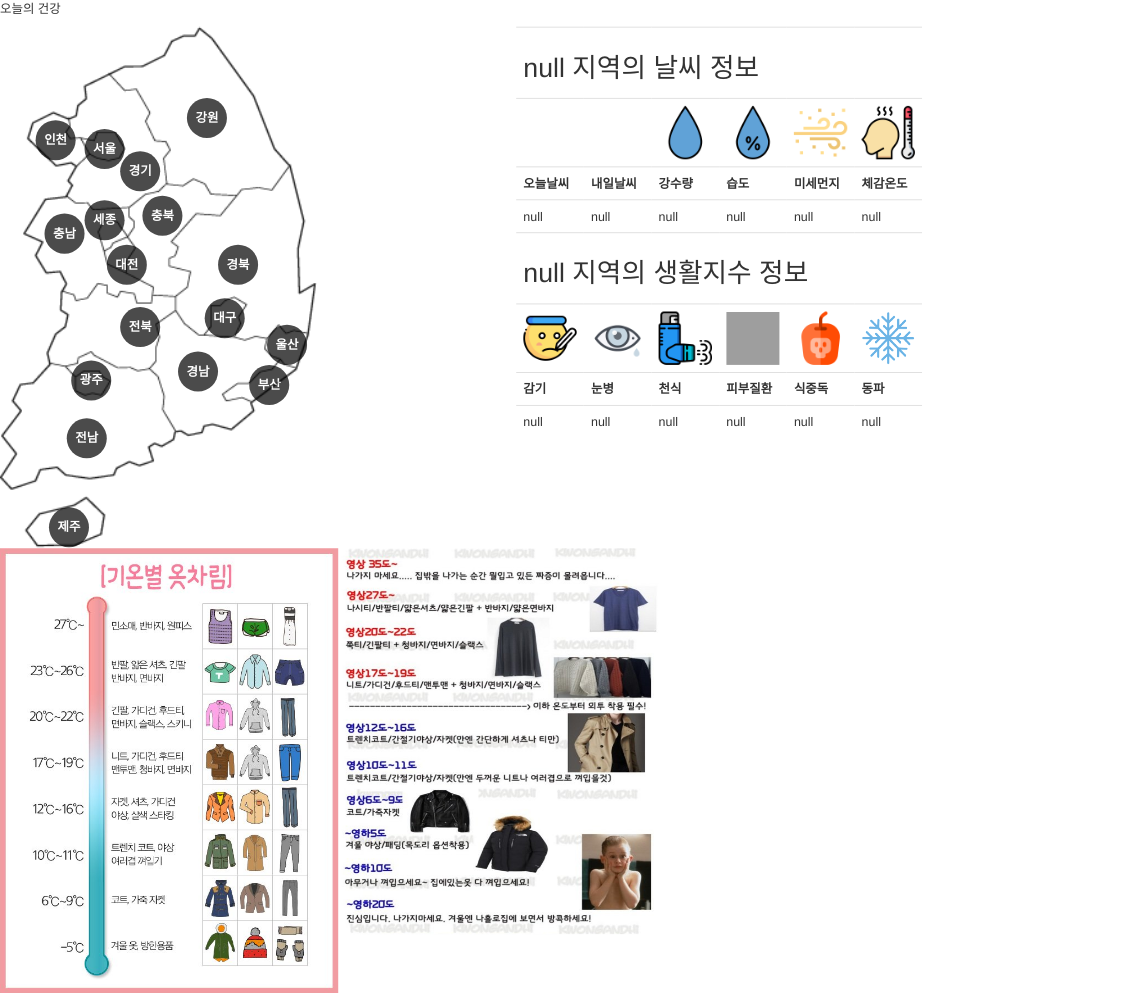
Repository: seeunOh/Webproject2018_StrongHealth
Page: http://localhost/StrongHealth/Map.jsp
These files come from the project's save history. The page is drawn as it stood at one moment and after the next save; the edit follows.
The browser window is 1280 px wide. The pictures show the whole page, at 89% of full size.
Pictures or frames that could not be fetched are drawn as grey boxes. The page is served by Tomcat 9. Other server files are loaded and not shown. Queries for data that is not in the repository find no rows.

Above is the page before, as saved 2018-12-16 05:10:56.
Console error (its wording comes from the project's code and is left out).

### StrongHealth/WebContent/Map.jsp
<%@page import="javabean.Access_DB"%>
<%@page import="javabean.Weather"%>
<%@page import="java.util.ArrayList"%>
<%@ page language="java" contentType="text/html; charset=UTF-8"
	pageEncoding="UTF-8"%>
<!DOCTYPE html>
<html>
<head>
<meta charset="UTF-8">
<title>Insert title here</title>
<title>Insert title here</title>
<link rel="stylesheet" href="https://maxcdn.bootstrapcdn.com/bootstrap/3.3.2/css/bootstrap.min.css">
<!-- 부가적인 테마 -->
<link rel="stylesheet" href="https://maxcdn.bootstrapcdn.com/bootstrap/3.3.2/css/bootstrap-theme.min.css">
<!-- 합쳐지고 최소화된 최신 자바스크립트 -->
<script src="https://maxcdn.bootstrapcdn.com/bootstrap/3.3.2/js/bootstrap.min.js"></script>



<style>


body{
width:1080px;
}
#weatherCanvas{
width:890px;
height:;
background: #FFEAEA;
float:right;
}


		#lifeCanvas{
		float:right;
		width:500px;
		height:586px;
		}

		#up {
			float: left;
			width:500px;
			height: 160px;
			background-color: ;
			float:right;

		}
		#down {
			float: right;
			width: 500px;
			height: 170px;
			background-color: ;
		}
		#map {
			float: left;
			width:356px;
			height: 586px;
			background-image: url(img/korea_map.png);
			background-repeat: no-repeat;
			background-size: contain;
		}
		#map div{
			font-family: 굴림;
			font-weight: bolder;
			float: left;
			background-color: black;
			opacity: 0.7;
			border-radius: 100px;
			width: 45px;
			height: 45px;
			line-height: 45px;
			text-align: center;
			position: relative;
			color: white;
		}
		#gw {
			left: 210px;
			top: 80px;
		}
		#su {
			left: 50px;
			top: 115px;
		}
		#ic {
			left: -50px;
			top: 105px
		}
		#gg {
			left: px;
			top: 140px;
		}
		#cb{
			left: -20px;
			top: 190px;
		}
		#cn {
			left: -175px;
			top: 210px;
		}
		#se {
			left: -175px;
			top: 195px;
		}
		#dj {
			left: 120px;
			top: 200px;
		}
		#gb {
			left: 200px;
			top: 200px;
		}
		#dg {
			left: 140px;
			top: 260px;
		}
		#jb {
			left: -30;
			top: 270px;
		}
		#gn {
			left: 20px;
			top: 320px;
		}
		#us {
			left: 75px;
			top: 290px
		}
		#gj {
			left: -190px;
			top: 330px;
		}
		#bs {
			left: 280px;
			top: 290px;
		}
		#jn {
			left: 30px;
			top: 350px;
		}
		#jj {
			left: -35px;
			top: 450px;
		}



	.table_header {
		margin: 0px;
		padding: 0px;
		width: 60px;
		height: 60px;
	}
	</style>
</head>
<body>
	<div id=Maside>
	<p>오늘의 건강</p>
	</div>
	<%
	ArrayList<javabean.Weather> city_list = new ArrayList<javabean.Weather>();
	Access_DB ac = new Access_DB();
	String city_names[] = {"강원", "서울", "인천", "경기", "충북", "충남", "세종", "대전", "경북", "대구",
	                      "전북", "경남", "울산", "광주", "부산", "전남", "제주"};

	for(int i=0; i< city_names.length; i++){
		city_list.add(ac.getWeather(city_names[i]));
	}
	ac.closeDB();
	%>
	<script type="text/javascript">
		function City_list(city_name, d_weather, t_weather, rain, humidity, dust, temp, flu,
							e_disease, asthma, s_disease, frozen, f_poison){
					this.city_name = city_name;
					this.d_weather = d_weather;
					this.t_weather = t_weather;
					this.rain = rain;
					this.humidity = humidity;
					this.dust = dust;
					this.temp = temp;
					this.flu = flu;
					this.e_disease = e_disease;
					this.asthma = asthma;
					this.s_disease = s_disease;
					this.frozen = frozen;
					this.f_poison = f_poison;
				}
			var city_list = [];

			<%for(int i=0; i<city_names.length; i++){%>
				city_list.push(new City_list('<%=city_list.get(i).getCityName()%>', '<%=city_list.get(i).getdWeather()%>', '<%=city_list.get(i).gettWeahter()%>',
				<%=city_list.get(i).getPop()%>, <%=city_list.get(i).getHumidity()%>, <%=city_list.get(i).getDust()%>, <%=city_list.get(i).getSensory()%>,
				'<%=city_list.get(i).getFlu()%>', '<%=city_list.get(i).getEyeDisease()%>', '<%=city_list.get(i).getAsthma()%>', '<%=city_list.get(i).getSkinDisease()%>',
				<%=city_list.get(i).getFrozen()%>, '<%=city_list.get(i).getFoodPoison()%>'));
			<%}%>

			function city_info(cityname){
				result = "<table class='table' style='width: 450px;' id=top_table><tr><td colspan='6'><h2>" + city_list[cityname].city_name + " 지역의 날씨 정보</h2></td></tr><tr><td>";
				if(city_list[cityname].d_weather == "맑음")
					result += "<img class='table_header' src='img/weather/sunny.png'>";
				else if(city_list[cityname].d_weather == "구름조금")
					result += "<img class='table_header' src='img/weather/cloudy1.png'>";
				else if(city_list[cityname].d_weather == "구름많음")
					result += "<img class='table_header' src='img/weather/cloudy2.png'>";
				else if(city_list[cityname].d_weather == "흐림")
					result += "<img class='table_header' src='img/weather/cloudy3.png'>";
				else if(city_list[cityname].d_weather == "비")
					result += "<img class='table_header' src='img/weather/rainy.png'>";
				else if(city_list[cityname].d_weather == "눈/비")
					result += "<img class='table_header' src='img/weather/rainy&snowy.png'>";
				else if(city_list[cityname].d_weather == "눈")
					result += "<img class='table_header' src='img/weather/snowy.png'>";
					result +="</td><td>";
				if(city_list[cityname].t_weather == "맑음")
					result += "<img class='table_header' src='img/weather/sunny.png'>";
				else if(city_list[cityname].t_weather == "구름조금")
					result += "<img class='table_header' src='img/weather/cloudy1.png'>";
				else if(city_list[cityname].t_weather == "구름많음")
					result += "<img class='table_header' src='img/weather/cloudy2.png'>";
				else if(city_list[cityname].t_weather == "흐림")
					result += "<img class='table_header' src='img/weather/cloudy3.png'>";
				else if(city_list[cityname].t_weather == "비")
					result += "<img class='table_header' src='img/weather/rainy.png'>";
				else if(city_list[cityname].t_weather == "눈/비")
					result += "<img class='table_header' src='img/weather/rainy&snowy.png'>";
				else if(city_list[cityname].t_weather == "눈")
					result += "<img class='table_header' src='img/weather/snowy.png'>";

				result +="</td><td><img class='table_header' src='img/mapTable_header/drop.png'/></td><td><img class='table_header' src='img/mapTable_header/humidity.png'/></td>"
					+ "<td><img class='table_header' src='img/mapTable_header/sand.png'/></td><td><img class='table_header' src='img/mapTable_header/fever.png'/></td></tr>"
					+ "<tr><td><b>오늘날씨</b></td><td><b>내일날씨</b></td><td><b>강수량</b></td><td><b>습도</b></td><td><b>미세먼지</b></td><td><b>체감온도</b></td></tr>"
					+ "<tr><td>" + city_list[cityname].d_weather + "</td><td>" + city_list[cityname].t_weather + "</td><td>" + city_list[cityname].rain + "</td><td>" + city_list[cityname].humidity + "</td><td>"
					+ city_list[cityname].dust + "</td><td>" + city_list[cityname].temp + "</td></tr>"
					+ "<tr><td colspan='6'><h2>" + city_list[cityname].city_name + " 지역의 생활지수 정보</h2></td></tr><tr><td><img class='table_header' src='img/mapTable_header/sick.png'/></td><td><img class='table_header' src='img/mapTable_header/eye-disease.png'/></td><td><img class='table_header' src='img/mapTable_header/inhaler.png'/></td>"
					+ "<td><img class='table_header' src='img/mapTable_header/allergic.png'/></td><td><img class='table_header' src='img/mapTable_header/apple.png'/></td><td><img class='table_header' src='img/mapTable_header/frozen.png'/></td></tr>"
					+ "<tr><td><b>감기</b></td><td><b>눈병</b></td><td><b>천식</b></td><td><b>피부질환</b></td><td><b>식중독</b></td><td><b>동파</b></td></tr>"
					+ "<tr><td>" + city_list[cityname].flu + "</td><td>" + city_list[cityname].e_disease + "</td><td>" + city_list[cityname].asthma + "</td><td>" + city_list[cityname].s_disease + "</td><td>" + city_list[cityname].f_poison + "</td><td>" + city_list[cityname].frozen + "</td></tr>";
				document.getElementById("lifeCanvas").innerHTML = result;
			}
		</script>


		<div id=map>
			<div id=gw onmouseover="city_info(0);">강원</div>
			<div id=su onmouseover="city_info(1);">서울</div>
			<div id=ic onmouseover="city_info(2);">인천</div>
			<div id=gg onmouseover="city_info(3);">경기</div>
			<div id=cb onmouseover="city_info(4);">충북</div>
			<div id=cn onmouseover="city_info(5);">충남</div>
			<div id=se onmouseover="city_info(6);">세종</div>
			<div id=dj onmouseover="city_info(7);">대전</div>
			<div id=gb onmouseover="city_info(8);">경북</div>
			<div id=dg onmouseover="city_info(9);">대구</div>
			<div id=jb onmouseover="city_info(10);">전북</div>
			<div id=gn onmouseover="city_info(11);">경남</div>
			<div id=us onmouseover="city_info(12);">울산</div>
			<div id=gj onmouseover="city_info(13);">광주</div>
			<div id=bs onmouseover="city_info(14);">부산</div>
			<div id=jn onmouseover="city_info(15);">전남</div>
			<div id=jj onmouseover="city_info(16);">제주</div>
		</div>

		<div id=lifeCanvas></div>

		<p></p>
		<img src="img/clothes.png" width=380 height=500>
		<img src="img/clothes2.png" width=380 height=500>
		</div>

		<script>
			city_info(1);
		</script>
</body>
</html>

### StrongHealth/src/javabean/Weather.java
package javabean;

public class Weather {
	private String cityName;
	private String dWeather;
	private String tWeahter;
	private String pop;
	private String humidity;
	private String dust;
	private String sensory;
	private String flu;
	private String eyeDisease;
	private String asthma;
	private String skinDisease;
	private String foodPoison;
	private String frozen;
	public String getCityName() {
		return cityName;
	}
	public void setCityName(String cityName) {
		this.cityName = cityName;
	}
	public String getdWeather() {
		return dWeather;
	}
	public void setdWeather(String dWeather) {
		this.dWeather = dWeather;
	}
	public String gettWeahter() {
		return tWeahter;
	}
	public void settWeahter(String tWeahter) {
		this.tWeahter = tWeahter;
	}
	public String getPop() {
		return pop;
	}
	public void setPop(String pop) {
		this.pop = pop;
	}
	public String getHumidity() {
		return humidity;
	}
	public void setHumidity(String humidity) {
		this.humidity = humidity;
	}
	public String getDust() {
		return dust;
	}
	public void setDust(String dust) {
		this.dust = dust;
	}
	public String getSensory() {
		return sensory;
	}
	public void setSensory(String sensory) {
		this.sensory = sensory;
	}
	public String getFlu() {
		return flu;
	}
	public void setFlu(String flu) {
		this.flu = flu;
	}
	public String getEyeDisease() {
		return eyeDisease;
	}
	public void setEyeDisease(String eyeDisease) {
		this.eyeDisease = eyeDisease;
	}
	public String getAsthma() {
		return asthma;
	}
	public void setAsthma(String asthma) {
		this.asthma = asthma;
	}
	public String getSkinDisease() {
		return skinDisease;
	}
	public void setSkinDisease(String skinDisease) {
		this.skinDisease = skinDisease;
	}
	public String getFoodPoison() {
		return foodPoison;
	}
	public void setFoodPoison(String foodPoison) {
		this.foodPoison = foodPoison;
	}
	public String getFrozen() {
		return frozen;
	}
	public void setFrozen(String frozen) {
		this.frozen = frozen;
	}

}

Loaded but not shown: StrongHealth/src/javabean/Access_DB.java (667 lines, source omitted)

After the next save:
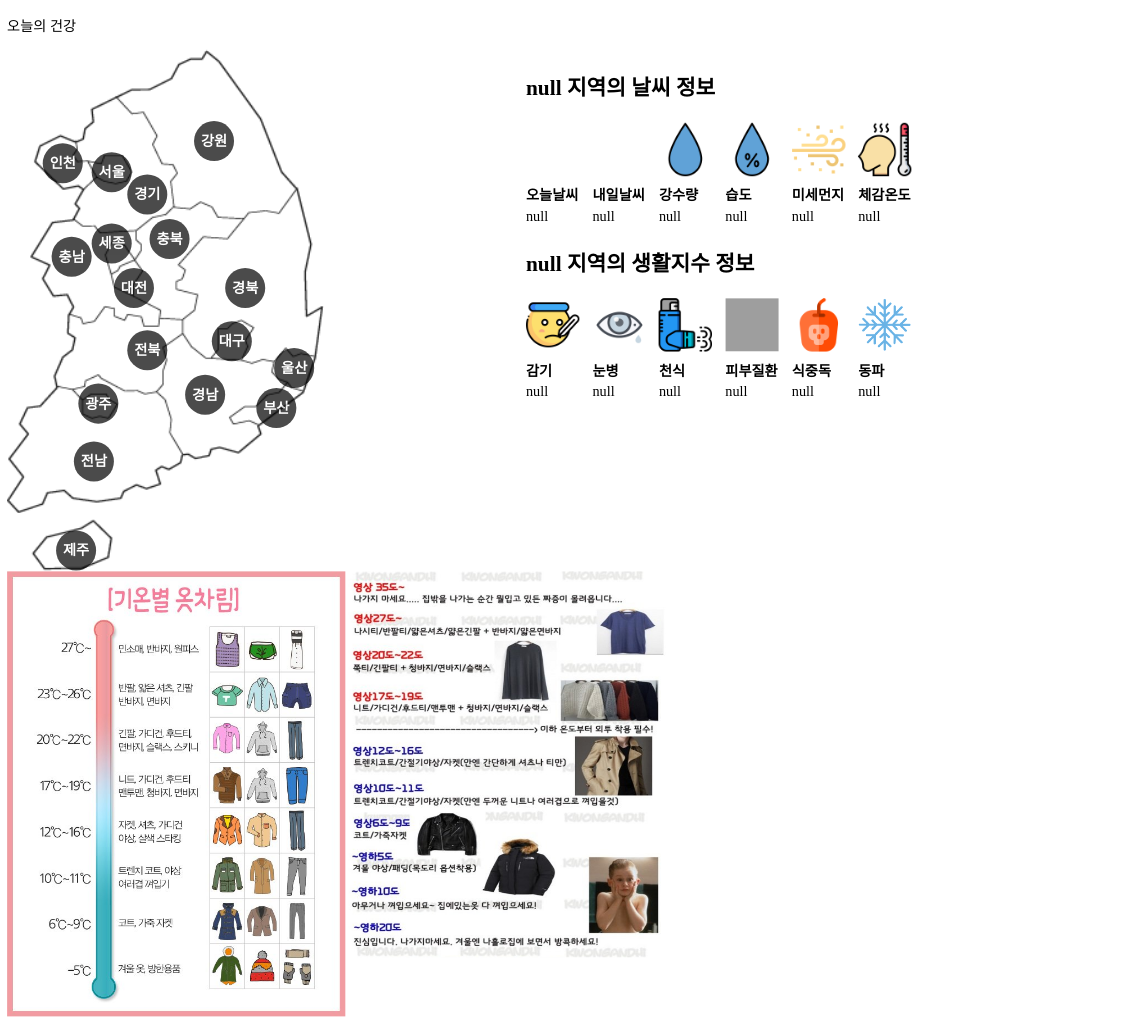
The error is gone.
Saved 49 s later.
--- a/StrongHealth/WebContent/Map.jsp
+++ b/StrongHealth/WebContent/Map.jsp
@@ -8,13 +8,6 @@
 <head>
 <meta charset="UTF-8">
 <title>Insert title here</title>
-<title>Insert title here</title>
-<link rel="stylesheet" href="https://maxcdn.bootstrapcdn.com/bootstrap/3.3.2/css/bootstrap.min.css">
-<!-- 부가적인 테마 -->
-<link rel="stylesheet" href="https://maxcdn.bootstrapcdn.com/bootstrap/3.3.2/css/bootstrap-theme.min.css">
-<!-- 합쳐지고 최소화된 최신 자바스크립트 -->
-<script src="https://maxcdn.bootstrapcdn.com/bootstrap/3.3.2/js/bootstrap.min.js"></script>
-
 
 
 <style>
